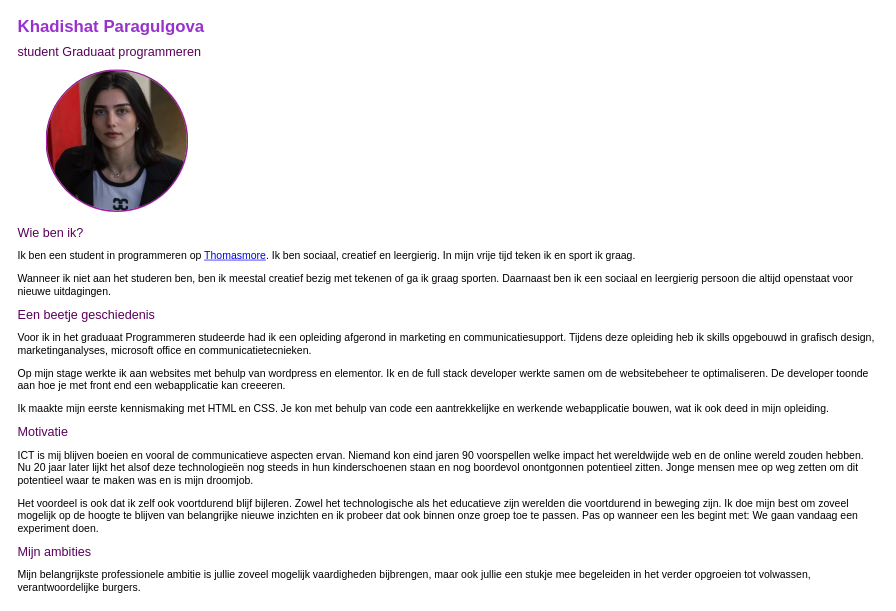
Repository: khadishat00/portfolio
Page: index.html
These files come from the project's save history. The page is drawn as it stood at one moment and after the next save; the edit follows.
The browser window is 1280 px wide. The pictures show the part of the page from y = 0 to 1920 px (the page is 873 px tall before and 6125 px after), at 70% of full size.

Above is the page before, as saved 2026-09-24 16:10:18.

### index.html
<!doctype html>
<html lang="en">
  <head>
    <meta charset="UTF-8" />
    <meta name="viewport" content="width=device-width, initial-scale=1.0" />
    <title>portfolio</title>
  </head>
  <style>
    html {
      font-family: Arial, sans-serif;
    }
    body {
        ma
      background-color: rgba(247, 200, 246, 0.509);
      margin: 25px;
    }
    h1 {
      font-family: "Century Gothic", sans-serif;
      color: darkorchid;
      font-weight: bold;
      font-size: 24px;
      line-height: 24px;
    }
    h2 {
      font-family: sans-serif;
      color: rgb(90, 0, 90);
      font-weight: normal;
      font-size: 18px;
      line-height: 18px;
    }
    p {
      font-family: Arial;
      color: black;
      font-size: 15px;
      line-height: 18px;
      font-weight: normal;
    }

    figure {
      display: block;
      margin-block-start: 1em;
      margin-block-end: 1em;
      margin-inline-start: 40px;
      margin-inline-end: 40px;
      unicode-bidi: isolate;
    }

    img {
      max-width: 100%;
      border: 2px groove;
      border-radius: 50%;
      border-color: rgb(199, 44, 199);
    }
  </style>

  <body>
    <header>
      <h1>Khadishat Paragulgova</h1>
      <h2>student Graduaat programmeren</h2>
      <figure>
        <img src="profielfoto.jpg" alt="Mijn profielfoto" />
      </figure>
    </header>
    <main>
      <h2>Wie ben ik?</h2>
      <p>
        Ik ben een student in programmeren op
        <a href="https://thomasmore.be/nl">Thomasmore</a>. Ik ben sociaal,
        creatief en leergierig. In mijn vrije tijd teken ik en sport ik graag.
      </p>
      <p>
        Wanneer ik niet aan het studeren ben, ben ik meestal creatief bezig met
        tekenen of ga ik graag sporten. Daarnaast ben ik een sociaal en
        leergierig persoon die altijd openstaat voor nieuwe uitdagingen.
      </p>

      <h2>Een beetje geschiedenis</h2>
      <p>
        Voor ik in het graduaat Programmeren studeerde had ik een opleiding
        afgerond in marketing en communicatiesupport. Tijdens deze opleiding heb
        ik skills opgebouwd in grafisch design, marketinganalyses, microsoft
        office en communicatietecnieken.
      </p>
      <p>
        Op mijn stage werkte ik aan websites met behulp van wordpress en
        elementor. Ik en de full stack developer werkte samen om de
        websitebeheer te optimaliseren. De developer toonde aan hoe je met front
        end een webapplicatie kan creeeren.
      </p>
      <p>
        Ik maakte mijn eerste kennismaking met HTML en CSS. Je kon met behulp van code een aantrekkelijke en werkende webapplicatie bouwen, wat ik ook deed in mijn opleiding.
      </p>

      <h2>Motivatie</h2>
      <p>
        ICT is mij blijven boeien en vooral de communicatieve aspecten ervan.
        Niemand kon eind jaren 90 voorspellen welke impact het wereldwijde web
        en de online wereld zouden hebben. Nu 20 jaar later lijkt het alsof deze
        technologieën nog steeds in hun kinderschoenen staan en nog boordevol
        onontgonnen potentieel zitten. Jonge mensen mee op weg zetten om dit
        potentieel waar te maken was en is mijn droomjob.
      </p>
      <p>
        Het voordeel is ook dat ik zelf ook voortdurend blijf bijleren. Zowel
        het technologische als het educatieve zijn werelden die voortdurend in
        beweging zijn. Ik doe mijn best om zoveel mogelijk op de hoogte te
        blijven van belangrijke nieuwe inzichten en ik probeer dat ook binnen
        onze groep toe te passen. Pas op wanneer een les begint met: We gaan
        vandaag een experiment doen.
      </p>

      <h2>Mijn ambities</h2>
      <p>
        Mijn belangrijkste professionele ambitie is jullie zoveel mogelijk
        vaardigheden bijbrengen, maar ook jullie een stukje mee begeleiden in
        het verder opgroeien tot volwassen, verantwoordelijke burgers.
      </p>
    </main>
  </body>
</html>

After the next save:
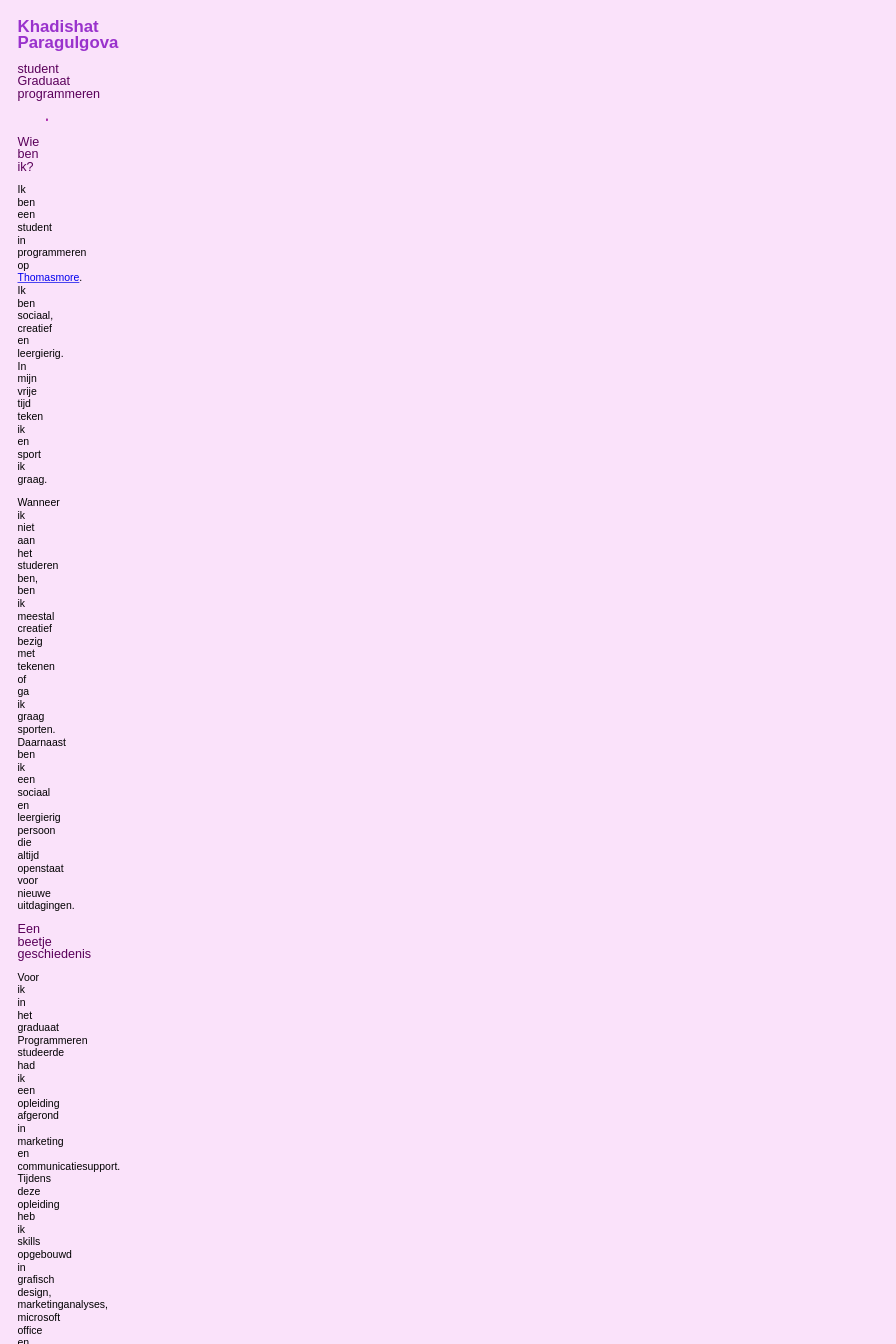
Saved 6 s later.
--- a/index.html
+++ b/index.html
@@ -10,7 +10,7 @@
       font-family: Arial, sans-serif;
     }
     body {
-        ma
+        max-width: 1rem;
       background-color: rgba(247, 200, 246, 0.509);
       margin: 25px;
     }
